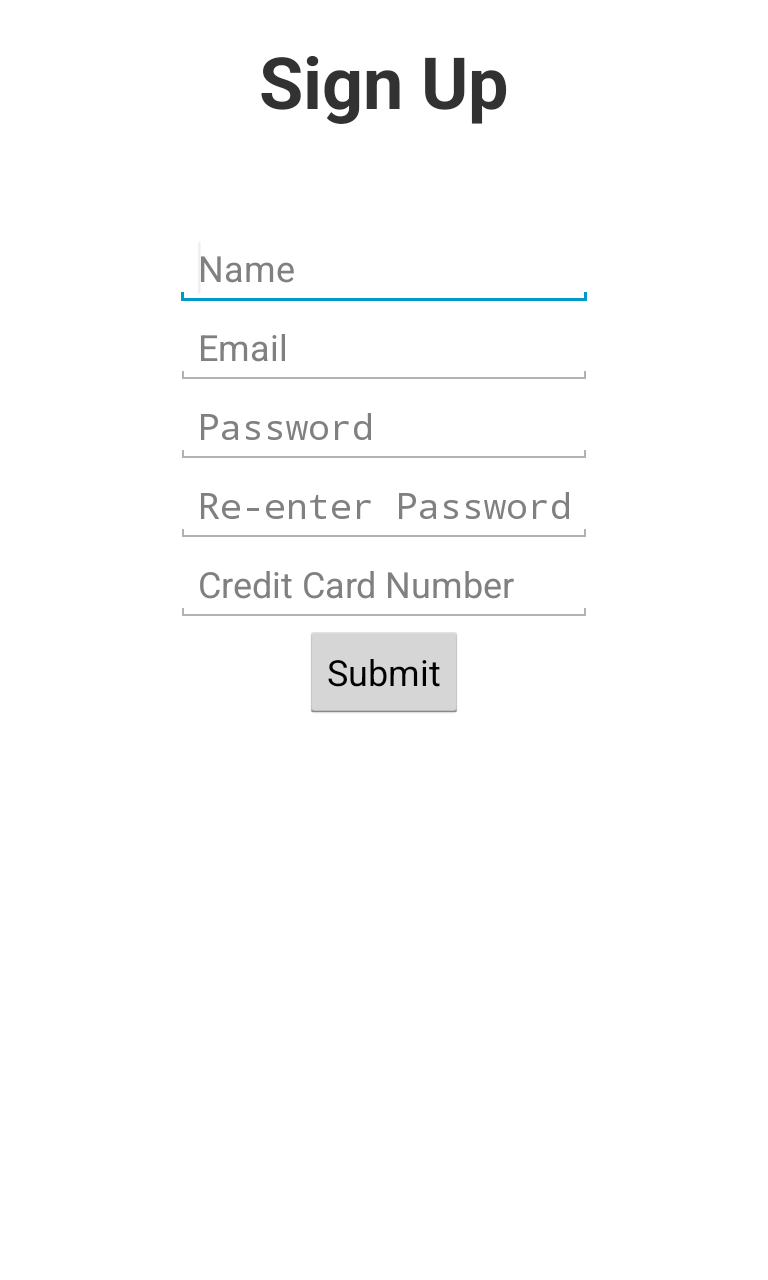
Repository: PotatoBiscuit/Thirstbuster
Layout: MobApp/workspace/DrinkAndGo/res/layout/activity_sign_up.xml
An editor plug-in stored every save of this project. The layout is shown before and after the next save, followed by the edit.
It is drawn on a 768 x 1280 px phone screen (xhdpi) without system bars, with theme AppTheme; the app's code is not run.

Above is the layout before, as saved 2016-04-11 20:34:30.

After the next save:
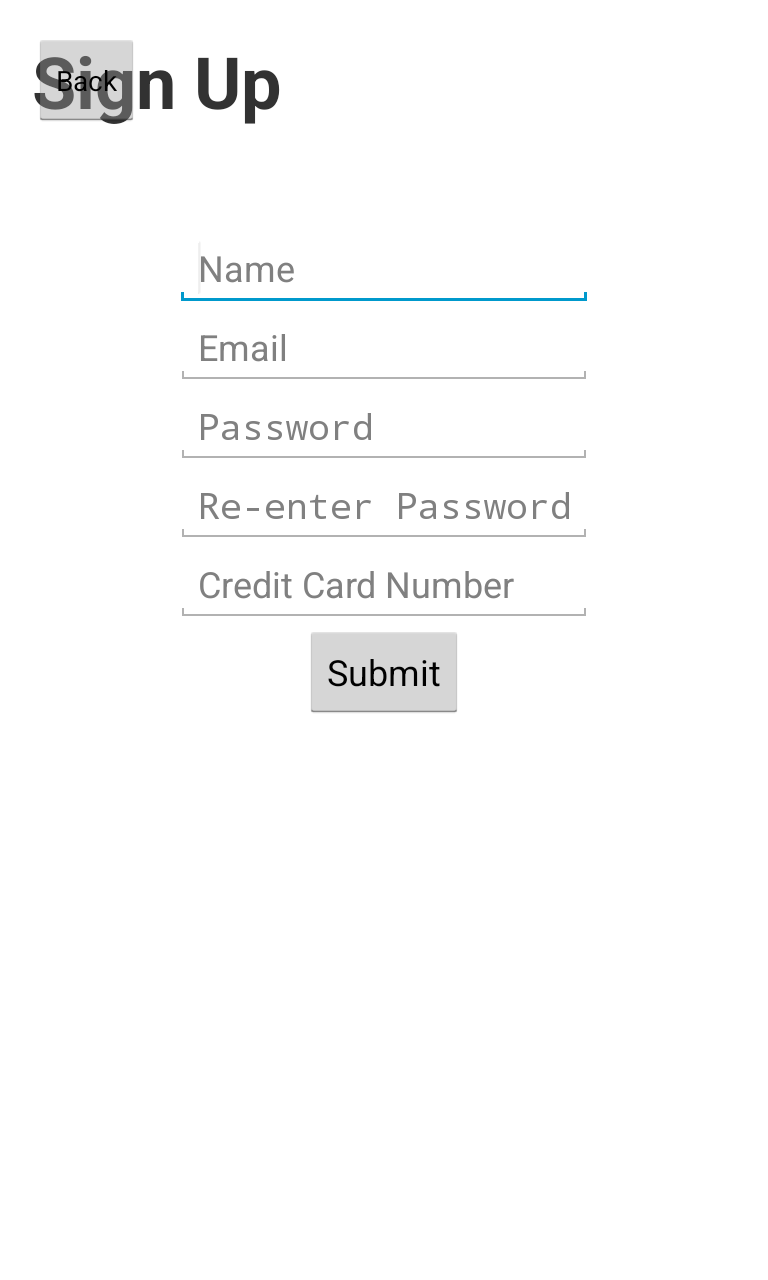
Saved 89 s later.
--- a/MobApp/workspace/DrinkAndGo/res/layout/activity_sign_up.xml
+++ b/MobApp/workspace/DrinkAndGo/res/layout/activity_sign_up.xml
@@ -10,12 +10,29 @@
     android:paddingTop="@dimen/activity_vertical_margin"
     tools:context="com.CS477.drinkandgo.activies.SignUpActivity" >
 
-    <TextView
-        android:layout_width="wrap_content"
-        android:layout_height="wrap_content"
-        android:text="@string/sign_up"
-        android:textSize="@dimen/title_size"
-        android:textStyle="bold" />
+    <RelativeLayout
+        android:layout_width="match_parent"
+        android:layout_height="wrap_content" >
+
+        <TextView
+            android:layout_width="wrap_content"
+            android:layout_height="wrap_content"
+            android:layout_alignParentLeft="true"
+            android:layout_centerInParent="true"
+            android:text="@string/sign_up"
+            android:textSize="@dimen/title_size"
+            android:textStyle="bold" />
+
+        <Button
+            android:id="@+id/backButton"
+            style="?android:attr/buttonStyleSmall"
+            android:layout_width="wrap_content"
+            android:layout_height="wrap_content"
+            android:layout_alignParentLeft="true"
+            android:layout_alignParentTop="true"
+            android:text="@string/back" />
+
+    </RelativeLayout>
 
     <ScrollView
         android:layout_width="fill_parent"
@@ -80,4 +97,5 @@
 
 	    </LinearLayout>
 	</ScrollView>
+
 </LinearLayout>
